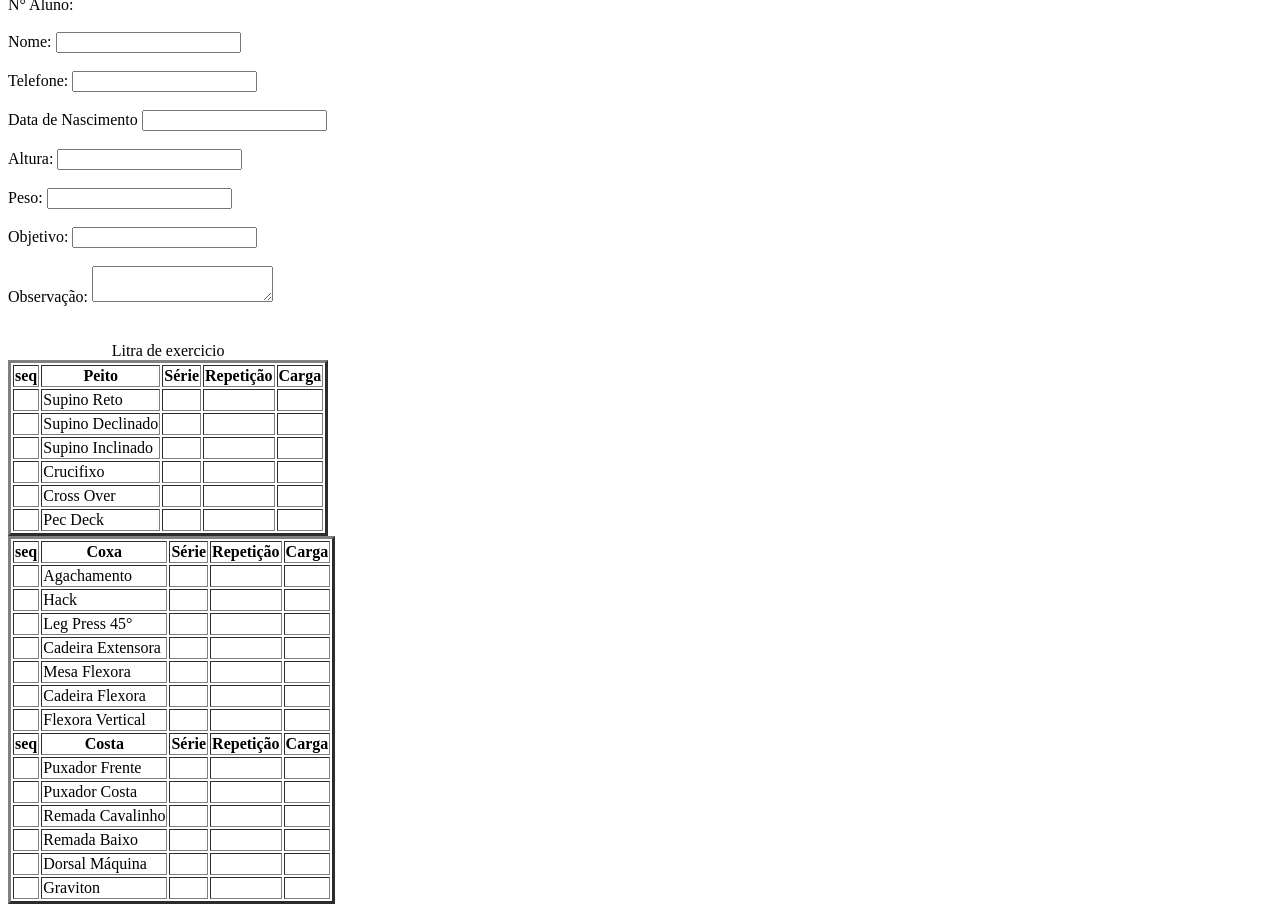
Repository: luisjonson/ProjetoWebAcademia
Page: Projeto_Web/RepositorioWebProject/WebContent/FichaAluno.html
An editor plug-in stored every save of this project. The page is shown before and after the next save, followed by the edit.
The browser window is 1280 px wide. The pictures show the part of the page from y = 340 to 1262 px (the page is 1252 px tall before and 1262 px after).
A picture or video elsewhere on the page could not be fetched, so the positions and the page height are approximate.

Above is the page before, as saved 2017-04-05 02:36:12.

After the next save:
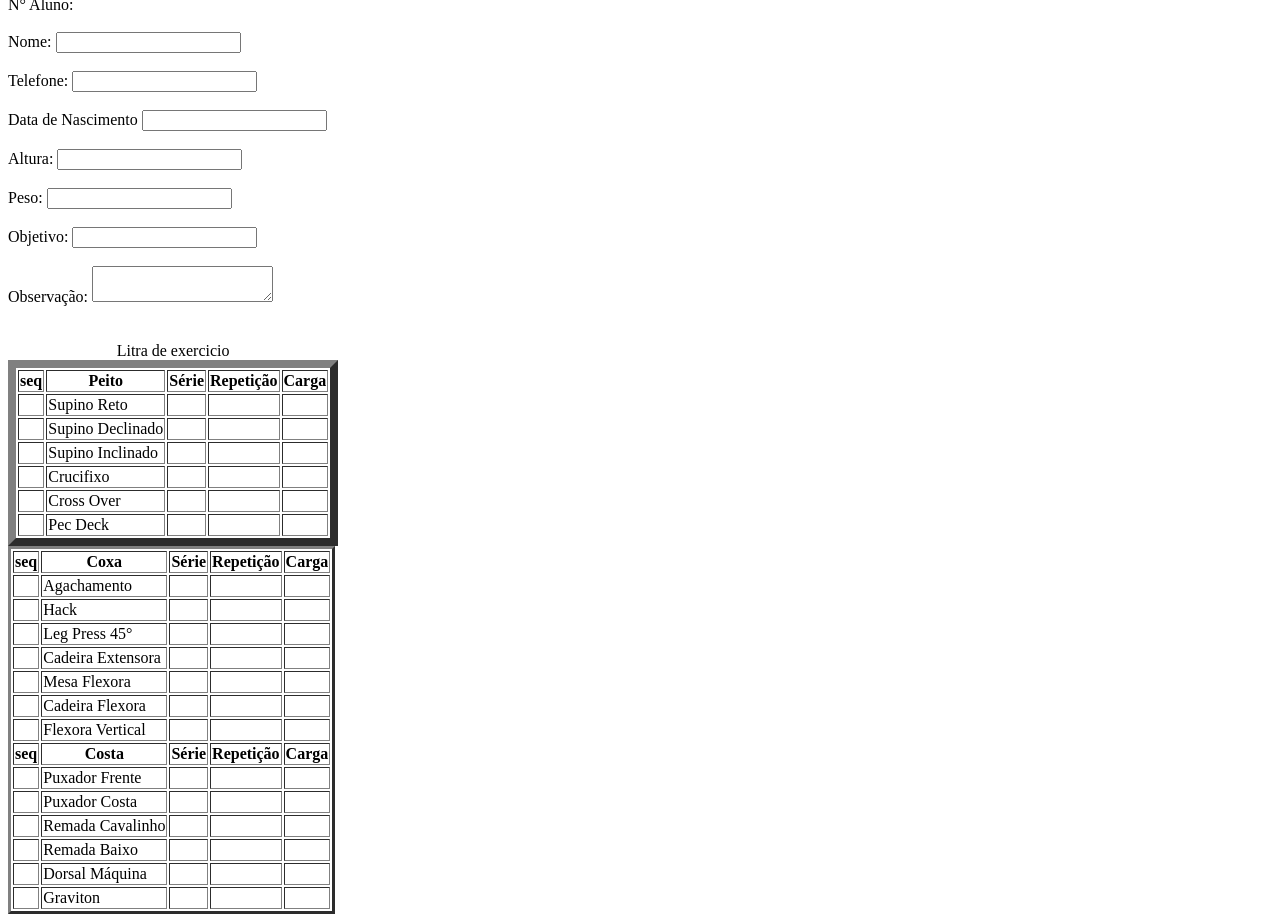
Saved 97 s later.
--- a/Projeto_Web/RepositorioWebProject/WebContent/FichaAluno.html
+++ b/Projeto_Web/RepositorioWebProject/WebContent/FichaAluno.html
@@ -28,7 +28,7 @@
 		 		Observação: <textarea name="obsevação"></textarea>
 	</form><br><br>
 
-	<table border="3">
+	<table border="8">
 
 		<caption>Litra de exercicio</caption>
 
